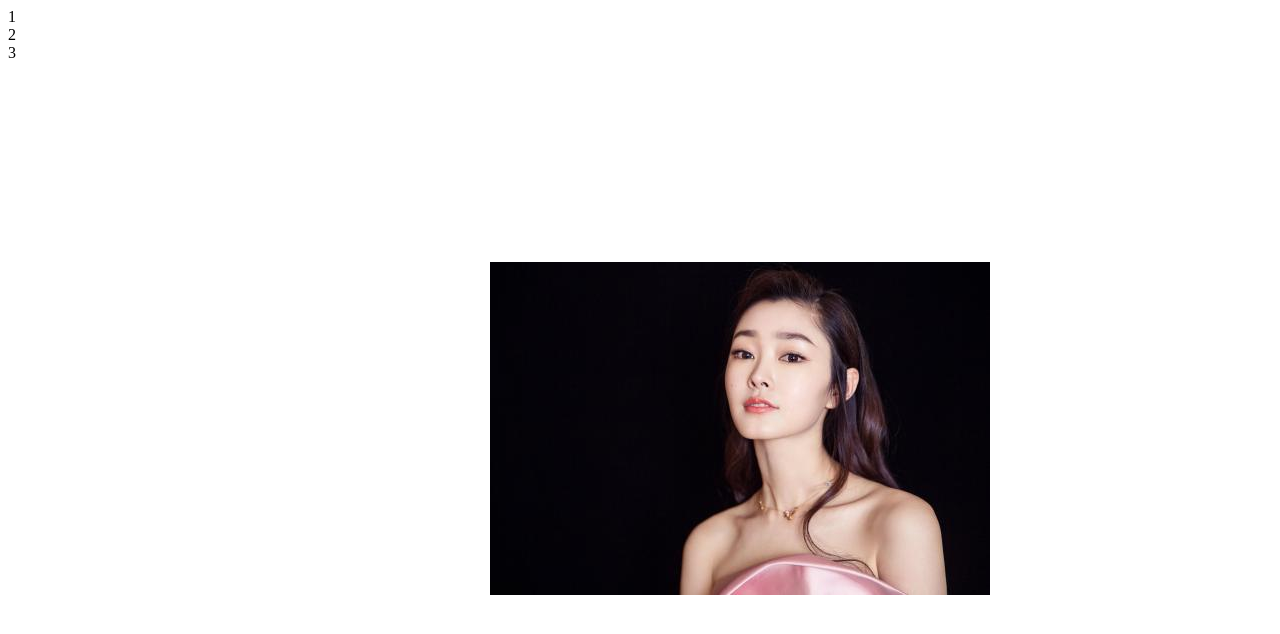
Repository: Germtao/Web
Page: web_css/css3_动画.html
The author's editor kept a copy of each file at every save. The page is drawn from the files as they stood at one save, then again after the next save.
The browser window is 1280 px wide. The pictures show the whole page.

Above is the page before, as saved 2020-11-03 14:02:57.

### web_css/css3_动画.html
<!DOCTYPE html>
<html lang="en">

<head>
  <meta charset="UTF-8">
  <meta name="viewport" content="width=device-width, initial-scale=1.0">
  <title>CSS3-动画</title>

  <!-- <style>
    .box {
      width: 200px;
      height: 200px;
      background-color: green;
      margin: 100px auto;

      /* 只让宽度在变化时进行过渡 */
      /* transition: width 2s linear 0s; */

      /* 宽度、背景色在变化时，进行过渡 */
      transition: all 2s linear 0s;
    }

    .box:hover {
      width: 500px;
      background-color: orange;
    }
  </style> -->

  <!-- 过渡动画：商品详情 -->
  <!-- <style>
    body {
      margin: 0;
      padding: 0;
      background-color: #eeeeee;
    }

    .content {
      width: 800px;
      height: 320px;
      padding-left: 20px;
      margin: 80px auto;
    }

    .item {
      width: 230px;
      height: 300px;
      text-align: center;
      margin-right: 20px;
      background-color: #FFF;
      float: left;
      position: relative;
      top: 0;
      /* 让溢出的内容隐藏起来。意思是让下方的橙色方形先躲起来 */
      overflow: hidden;
      /* 从最初到鼠标悬停时的过渡 */
      transition: all .5s;
    }

    .item img {
      margin-top: 30px;
    }

    .item .desc {
      position: absolute;
      left: 0;
      bottom: -80px;
      width: 100%;
      height: 80px;
      background-color: #ff6700;
      transition: all .5s;
    }

    /* 鼠标悬停时，让 item 整体往上移动5px，且加一点阴影 */
    .item:hover {
      top: -5px;
      box-shadow: 0 0 15px #AAA;
    }

    /* 鼠标悬停时，让下方的橙色方形现身 */
    .item:hover .desc {
      bottom: 0;
    }
  </style> -->

  <!-- 2D转换动画 -->
  <!-- <style>
    .box {
      width: 1000px;
      margin: 100px auto;
    }

    /* .box div { */
    .box>div {
      width: 300px;
      height: 150px;
      background-color: pink;
      float: left;
      margin-right: 15px;
      color: white;
      text-align: center;
      font: 400 30px/150px "宋体";
    }

    /* .box .box2 {
      background-color: greenyellow;
      transition: all 1s;
    } */
    div:nth-child(2) {
      background-color: greenyellow;
      transition: all 1s;
    }

    div:nth-child(3) {
      transition: all 2s;
    }

    /* .box .box2:hover {
      background-color: green; */
    /* 缩放 */
    /* transform: scale(2, 0.5); */
    /* } */
    div:nth-child(2):hover {
      background-color: green;
      /* 位移 */
      transform: translate(-50%, 50%);
    }

    div:nth-child(3):hover {
      transform: rotate(-405deg);
    }
  </style> -->

  <!-- 3D 转换 -->
  <style>
    .rotateX {
      width: 300px;
      height: 226px;
      margin: 200px auto;

      /*
        透视: 加给变换的父盒子
        设置的是用户的眼睛距离 平面的距离
        透视效果只是视觉上的呈现，并不是正真的3d
      */
      perspective: 110px;
    }

    img {
      transition: transform 2s;
    }

    /* 所有的3d旋转，对着正方向去看，都是顺时针旋转 */
    .rotateX:hover img {
      transform: rotateX(360deg);
    }
  </style>
</head>

<body>
  <!-- <div class="box"></div> -->

  <!-- 过渡动画：商品详情 -->
  <!-- <div class="content">
    <div class="item">
      <img src="img/倪妮.jpg" alt="">
    </div>

    <div class="item">
      <img src="img/宋轶.jpeg" alt="">
      <span class="desc"></span>
    </div>

    <div class="item">
      <img src="img/李沁.jpg" alt="">
      <span class="desc"></span>
    </div>
  </div> -->

  <!-- 2D转换动画 -->
  <div class="box">
    <div class="box1">1</div>
    <div class="box2">2</div>
    <div class="box3">3</div>
  </div>

  <!-- 3D 转换 -->
  <div class="rotateX">
    <img src="img/宋轶.jpeg" alt="">
  </div>
</body>

</html>

After the next save:
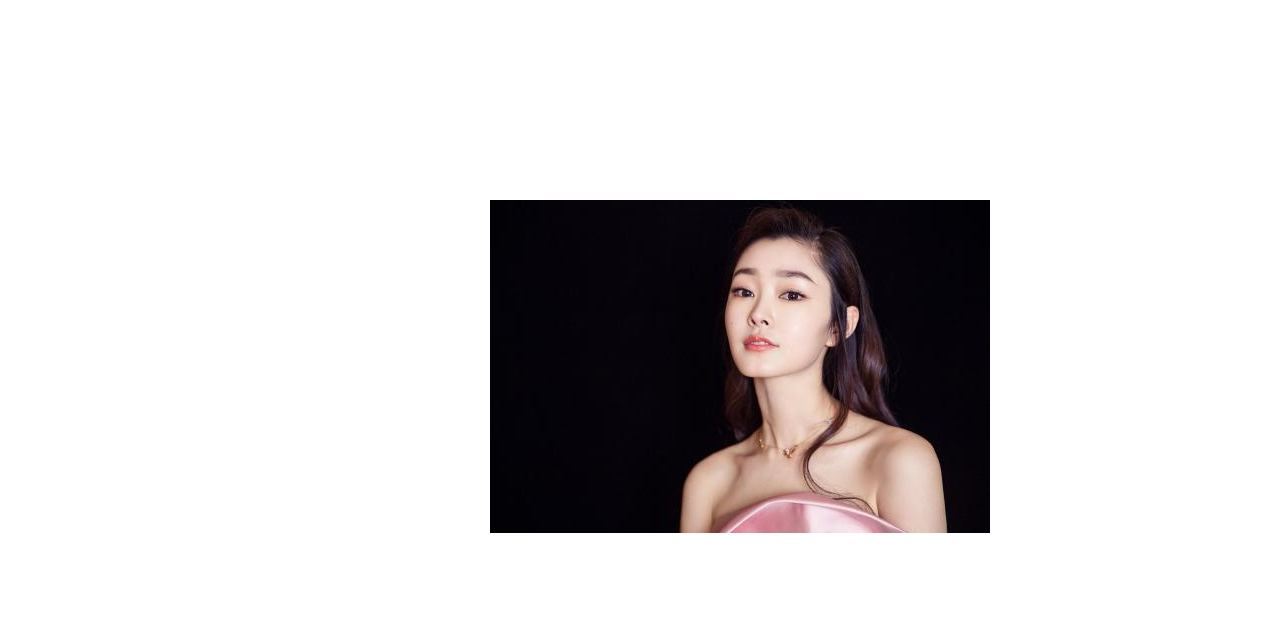
Saved 3 min 8 s later.
--- a/web_css/css3_动画.html
+++ b/web_css/css3_动画.html
@@ -177,11 +177,11 @@
   </div> -->
 
   <!-- 2D转换动画 -->
-  <div class="box">
+  <!-- <div class="box">
     <div class="box1">1</div>
     <div class="box2">2</div>
     <div class="box3">3</div>
-  </div>
+  </div> -->
 
   <!-- 3D 转换 -->
   <div class="rotateX">
